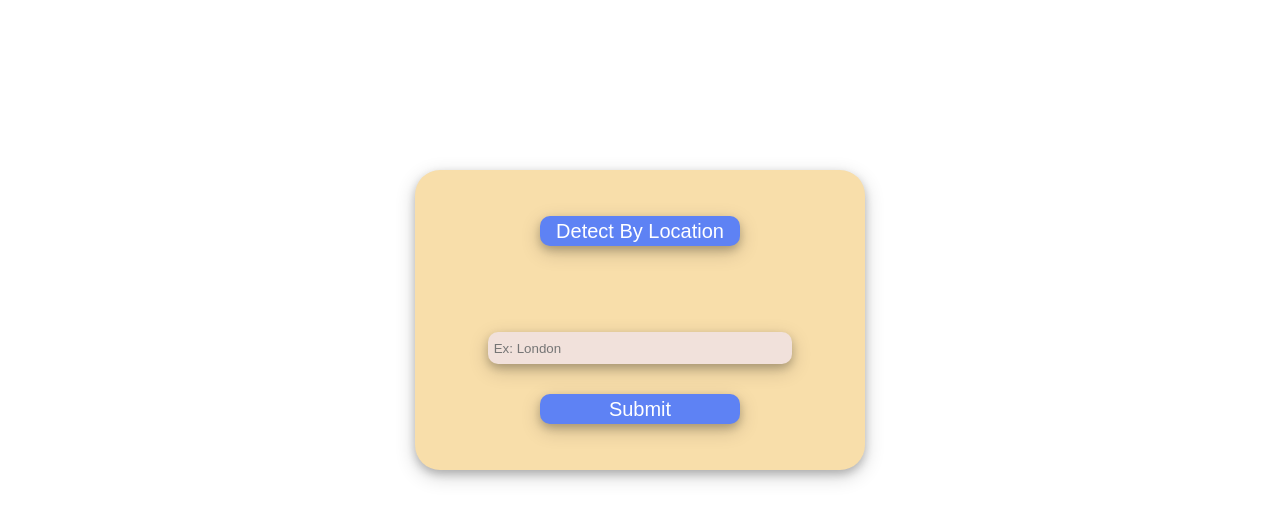
Repository: ahmedazawi/weather-app
Page: /
The author's editor kept a copy of each file at every save. The page is drawn from the files as they stood at one save, then again after the next save.
The browser window is 1280 px wide. The pictures show the whole page.
The project was rebuilt for these pictures with package versions that can differ from the ones it lists, and the page was loaded fresh each time. Also part of the build but not shown: src/layout/Header.js, src/assets/css/details.css, src/assets/data/ContextApi.js, src/assets/css/SevenDaysCards.css, src/components/card.js, src/components/SevenDaysCards.js, src/assets/data/Api.js, src/components/Map.js and 2 more.

Above is the page before, as saved 2022-11-30 23:04:37.

### src/App.js
import React, { useState, useEffect } from "react";
import "./App.css";
import Header from "./layout/Header";
import Details from "./components/Details";

import Store from "./assets/data/Store";
function App() {
  const [lat, setLat] = useState();
  const [long, setLong] = useState();
  const [located, setLocated] = useState(false);
  const [cityName, setCityName] = useState("");
  const [subCity, setSubCity] = useState();

  const inputHandler = (event) => {
    setCityName(event.target.value);
  };
  const clickHandler = () => {
    setSubCity(cityName);
  };
  const geolocationAPI = navigator.geolocation;
  const getUserCoordinates = () => {
    if (!geolocationAPI) {
      console.log("Geolocation API is not available in your browser!");
    } else {
      geolocationAPI.getCurrentPosition(
        (position) => {
          const { coords } = position;
          setLat(coords.latitude);
          setLong(coords.longitude);
          setLocated(true);
        },

        (error) => {
          console.log("Something went wrong getting your position!");
        }
      );
    }
  };

  if (!subCity && !located) {
    return (
      <div className="app-body">
        <div className="App">
          <button className="btn" onClick={getUserCoordinates}>
            Detect By Location
          </button>
          <div>
            <input
              type="text"
              className="form-control"
              name="cityName"
              onChange={inputHandler}
              value={cityName}
              placeholder=" Ex: London"
            />
            <button onClick={clickHandler} className="btn">
              Submit
            </button>
          </div>
        </div>
      </div>
    );
  }
  console.log(located);
  return (
    <div>
      <Header />
      <Store located={located} lat={lat} long={long} city={subCity}>
        <Details />
      </Store>
    </div>
  );
}

export default App;

### src/App.css
body {
  --primaryColor: #5e82f4;
  --secondaryColor: #ffffff;
  --borderRadius: 25px;
}

.nav {
  display: flex;
  align-items: center;
  height: 55px;
  background-color: var(--primaryColor);
}
.app-body {
  height: 100%;
  width: 100%;
  margin-top: 170px;
  display: flex;
  align-items: center;
  justify-content: center;
}
.App {
  display: flex;
  flex-direction: column;
  align-items: center;
  justify-content: space-evenly;
  height: 300px;
  width: 450px;
  background-color: #f8deaa;
  gap: 40px;
  border-radius: var(--borderRadius);

  -moz-box-shadow: 0 4px 8px 0 rgba(0, 0, 0, 0.2),
    0 6px 20px 0 rgba(0, 0, 0, 0.19);
  -o-box-shadow: 0 4px 8px 0 rgba(0, 0, 0, 0.2),
    0 6px 20px 0 rgba(0, 0, 0, 0.19);
  -webkit-box-shadow: 0 4px 8px 0 rgba(0, 0, 0, 0.2),
    0 6px 20px 0 rgba(0, 0, 0, 0.19);
  box-shadow: 0 4px 8px 0 rgba(0, 0, 0, 0.2), 0 6px 20px 0 rgba(0, 0, 0, 0.19);
  -moz-transition: all 0.4s ease-in-out;
  -o-transition: all 0.4s ease-in-out;
  -webkit-transition: all 0.4s ease-in-out;
  transition: all 0.4s ease-in-out;
}
.App:hover {
  -moz-box-shadow: 0 14px 18px 0 rgba(0, 0, 0, 0.2),
    0 16px 30px 0 rgba(0, 0, 0, 0.19);
  -o-box-shadow: 0 14px 18px 0 rgba(0, 0, 0, 0.2),
    0 16px 30px 0 rgba(0, 0, 0, 0.19);
  -webkit-box-shadow: 0 14px 18px 0 rgba(0, 0, 0, 0.2),
    0 16px 30px 0 rgba(0, 0, 0, 0.19);
  box-shadow: 0 14px 18px 0 rgba(0, 0, 0, 0.2),
    0 16px 30px 0 rgba(0, 0, 0, 0.19);
}
.App > div {
  display: flex;
  flex-direction: column;
  align-items: center;
  gap: 30px;
}
.App .btn {
  border: none;
  border-radius: 10px;
  color: var(--secondaryColor);
  background-color: var(--primaryColor);
  height: 30px;
  width: 200px;
  font-size: 20px;
  font-weight: 500;

  -moz-box-shadow: 0 4px 8px 0 rgba(0, 0, 0, 0.2),
    0 6px 20px 0 rgba(0, 0, 0, 0.19);
  -o-box-shadow: 0 4px 8px 0 rgba(0, 0, 0, 0.2),
    0 6px 20px 0 rgba(0, 0, 0, 0.19);
  -webkit-box-shadow: 0 4px 8px 0 rgba(0, 0, 0, 0.2),
    0 6px 20px 0 rgba(0, 0, 0, 0.19);
  box-shadow: 0 4px 8px 0 rgba(0, 0, 0, 0.2), 0 6px 20px 0 rgba(0, 0, 0, 0.19);
  -moz-transition: all 0.4s ease-in-out;
  -o-transition: all 0.4s ease-in-out;
  -webkit-transition: all 0.4s ease-in-out;
  transition: all 0.4s ease-in-out;
}
.App .btn:hover {
  -moz-box-shadow: 0 14px 18px 0 rgba(0, 0, 0, 0.2),
    0 16px 30px 0 rgba(0, 0, 0, 0.19);
  -o-box-shadow: 0 14px 18px 0 rgba(0, 0, 0, 0.2),
    0 16px 30px 0 rgba(0, 0, 0, 0.19);
  -webkit-box-shadow: 0 14px 18px 0 rgba(0, 0, 0, 0.2),
    0 16px 30px 0 rgba(0, 0, 0, 0.19);
  box-shadow: 0 14px 18px 0 rgba(0, 0, 0, 0.2),
    0 16px 30px 0 rgba(0, 0, 0, 0.19);
  cursor: pointer;
}
.App .form-control {
  background-color: #f1e1db;
  border: none;
  border-radius: 10px;
  height: 30px;
  width: 300px;

  -moz-box-shadow: 0 4px 8px 0 rgba(0, 0, 0, 0.2),
    0 6px 20px 0 rgba(0, 0, 0, 0.19);
  -o-box-shadow: 0 4px 8px 0 rgba(0, 0, 0, 0.2),
    0 6px 20px 0 rgba(0, 0, 0, 0.19);
  -webkit-box-shadow: 0 4px 8px 0 rgba(0, 0, 0, 0.2),
    0 6px 20px 0 rgba(0, 0, 0, 0.19);
  box-shadow: 0 4px 8px 0 rgba(0, 0, 0, 0.2), 0 6px 20px 0 rgba(0, 0, 0, 0.19);
  -moz-transition: all 0.4s ease-in-out;
  -o-transition: all 0.4s ease-in-out;
  -webkit-transition: all 0.4s ease-in-out;
  transition: all 0.4s ease-in-out;
}
.App .form-control:hover {
  -moz-box-shadow: 0 14px 18px 0 rgba(0, 0, 0, 0.2),
    0 16px 30px 0 rgba(0, 0, 0, 0.19);
  -o-box-shadow: 0 14px 18px 0 rgba(0, 0, 0, 0.2),
    0 16px 30px 0 rgba(0, 0, 0, 0.19);
  -webkit-box-shadow: 0 14px 18px 0 rgba(0, 0, 0, 0.2),
    0 16px 30px 0 rgba(0, 0, 0, 0.19);
  box-shadow: 0 14px 18px 0 rgba(0, 0, 0, 0.2),
    0 16px 30px 0 rgba(0, 0, 0, 0.19);
  cursor: pointer;
}

.App hr {
  background-color: #5e82f4;
  width: 80%;
}
@media (max-width: 410px) {
  .App {
    width: 330px;
  }
  .App .form-control {
    width: 270px;
  }
}

Loaded but not shown: public/index.html (common file); src/index.js (common file); src/index.css (common file)

After the next save:
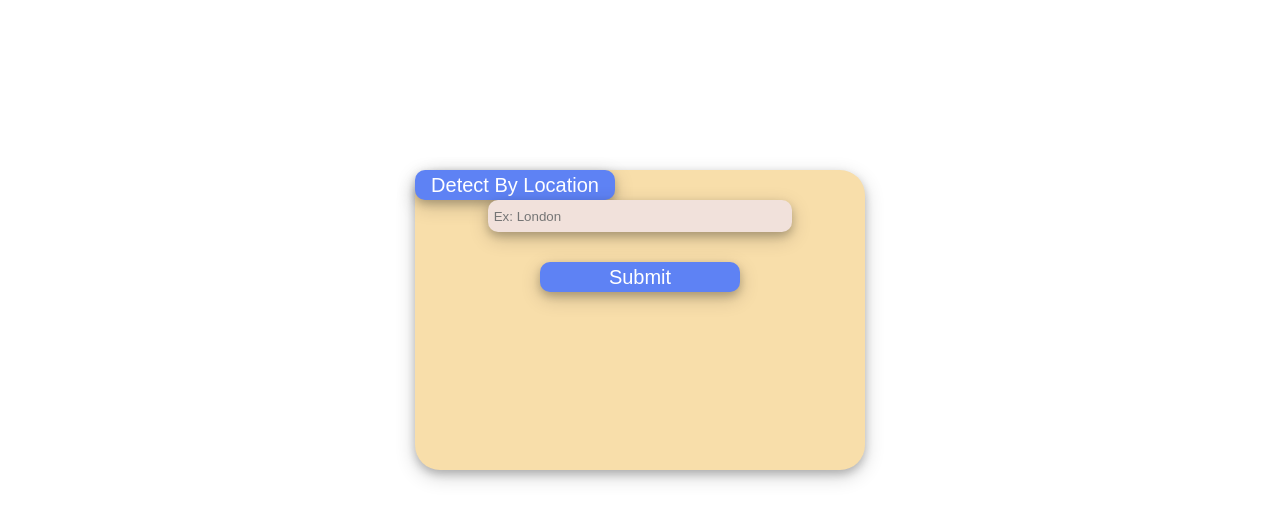
Saved 17 s later.
--- a/src/App.css
+++ b/src/App.css
@@ -19,10 +19,10 @@ body {
   justify-content: center;
 }
 .App {
-  display: flex;
+  /* display: flex;
   flex-direction: column;
   align-items: center;
-  justify-content: space-evenly;
+  justify-content: space-evenly; */
   height: 300px;
   width: 450px;
   background-color: #f8deaa;

After the save that followed:
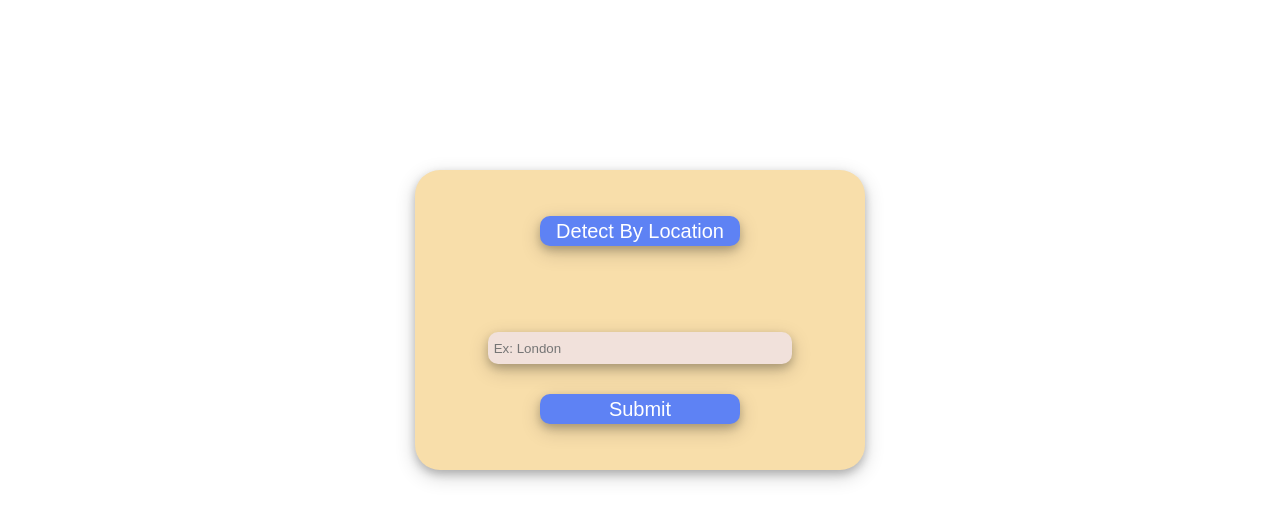
Saved 7 s later.
--- a/src/App.css
+++ b/src/App.css
@@ -19,10 +19,10 @@ body {
   justify-content: center;
 }
 .App {
-  /* display: flex;
+  display: flex;
   flex-direction: column;
   align-items: center;
-  justify-content: space-evenly; */
+  justify-content: space-evenly;
   height: 300px;
   width: 450px;
   background-color: #f8deaa;
